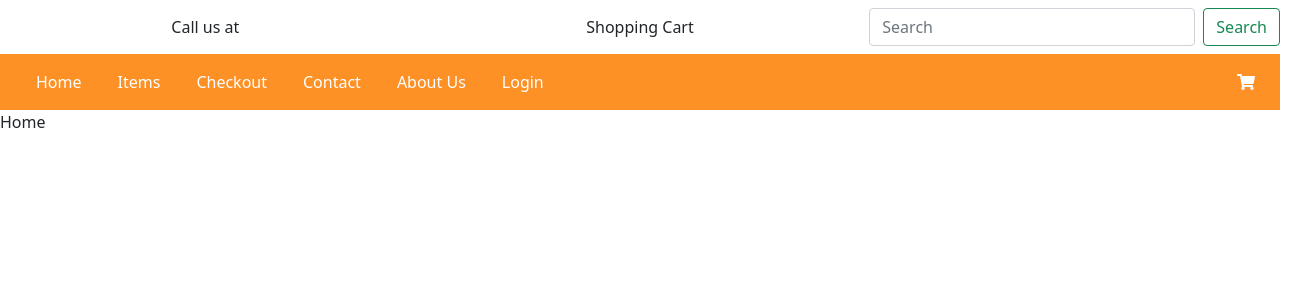
Repository: SaudCh/React-Ecommerce
Page: /
An editor plug-in stored every save of this project. The page is shown before and after the next save, followed by the edit.
The browser window is 1280 px wide. The page is 1292 px wide, then 1284 px, so the pictures cover 1292 px, including what lies to the right of the window. The pictures show the whole page.
The project was rebuilt for these pictures with package versions that can differ from the ones it lists, and the page was loaded fresh each time. Also part of the build but not shown: src/App.css.

Above is the page before, as saved 2021-12-05 12:39:26.

### src/App.js
import "./App.css";
import Header from "./Header/Header";
import "../node_modules/bootstrap/dist/css/bootstrap.min.css";
import "../node_modules/bootstrap/dist/js/bootstrap.bundle.min";
import { BrowserRouter, Switch, Route } from "react-router-dom";

function App() {
  return (
    <BrowserRouter>
      <Header />
      <Switch>
        <Route path="/" exact>
          <div>Home</div>
        </Route>
      </Switch>
    </BrowserRouter>
  );
}

export default App;

### src/Header/Header.jsx
import { faShoppingCart } from "@fortawesome/free-solid-svg-icons";
import { FontAwesomeIcon } from "@fortawesome/react-fontawesome";
import React from "react";
import { Link } from "react-router-dom";
import "./Header.css";

export default function Header() {
  return (
    <div>
      <nav className="cotainer-fluid my-2">
        <div className="row align-items-center">
          <div className="col-12 col-md-4 text-center ">
            <p className="m-0 p-0">Call us at </p>
          </div>
          <div className="col-12 col-md-4 text-center">
            <p className="m-0">Shopping Cart</p>
          </div>
          <div className="col-12 col-md-4 text-center">
            <form class="d-flex">
              <input
                class="form-control me-2"
                type="search"
                placeholder="Search"
                aria-label="Search"
              />
              <button class="btn btn-outline-success" type="submit">
                Search
              </button>
            </form>
          </div>
        </div>
      </nav>
      <nav
        class="navbar navbar-expand-md navbar-dark"
        style={{ backgroundColor: "#fe9126" }}
      >
        <div class="container-fluid">
          <Link class="navbar-brand" href="#"></Link>

          <button
            class="navbar-toggler"
            type="button"
            data-bs-toggle="collapse"
            data-bs-target="#navbarSupportedContent"
            aria-controls="navbarSupportedContent"
            aria-expanded="false"
            aria-label="Toggle navigation"
          >
            <span class="navbar-toggler-icon"></span>
          </button>
          <div class="collapse navbar-collapse" id="navbarSupportedContent">
            <ul class="navbar-nav me-auto mb-2 mb-lg-0 nav-ul">
              <li class="nav-item">
                <Link class="nav-link  text-white" aria-current="page" to="#">
                  Home
                </Link>
              </li>
              <li class="nav-item">
                <Link class="nav-link  text-white" to="#">
                  Items
                </Link>
              </li>

              <li class="nav-item">
                <Link
                  class="nav-link text-white"
                  to="#"
                  tabindex="-1"
                  aria-disabled="true"
                >
                  Checkout
                </Link>
              </li>
              <li class="nav-item">
                <Link
                  class="nav-link text-white"
                  to="#"
                  tabindex="-1"
                  aria-disabled="true"
                >
                  Contact
                </Link>
              </li>
              <li class="nav-item">
                <Link
                  class="nav-link text-white"
                  to="#"
                  tabindex="-1"
                  aria-disabled="true"
                >
                  About Us
                </Link>
              </li>
              <li class="nav-item">
                <Link
                  class="nav-link text-white"
                  to="#"
                  tabindex="-1"
                  aria-disabled="true"
                >
                  Login
                </Link>
              </li>
            </ul>
            <button className="btn text-white">
              <FontAwesomeIcon icon={faShoppingCart} />
            </button>
          </div>
        </div>
      </nav>
    </div>
  );
}

### src/Header/Header.css
.nav-ul li {
  margin-right: 20px;
}

Loaded but not shown: public/index.html (common file); src/index.js (common file); src/reportWebVitals.js (common file)

After the next save:
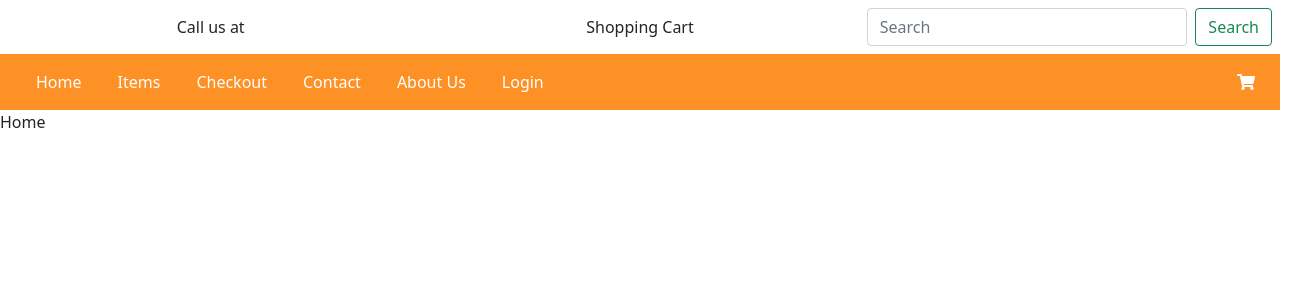
Saved 10 s later.
--- a/src/Header/Header.jsx
+++ b/src/Header/Header.jsx
@@ -7,7 +7,7 @@ import "./Header.css";
 export default function Header() {
   return (
     <div>
-      <nav className="cotainer-fluid my-2">
+      <nav className="cotainer-fluid m-2">
         <div className="row align-items-center">
           <div className="col-12 col-md-4 text-center ">
             <p className="m-0 p-0">Call us at </p>
